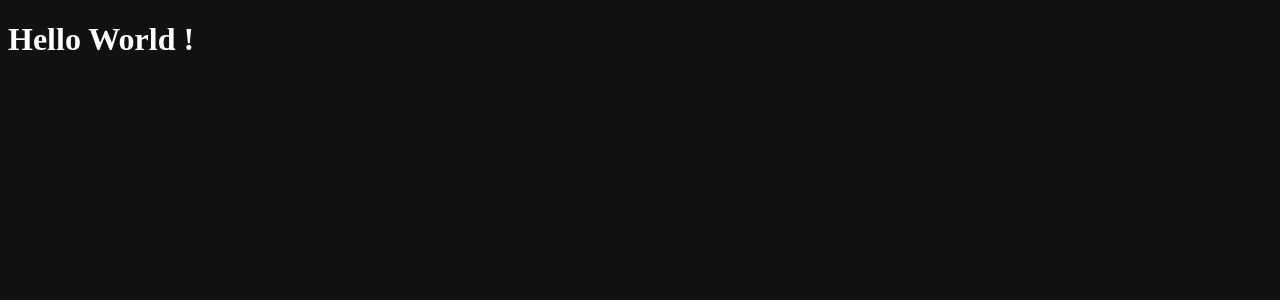
Repository: lolo298/lolo298.github.io
Page: index.html
An editor plug-in stored every save of this project. The page is shown before and after the next save, followed by the edit.
The browser window is 1280 px wide. The pictures show the whole page.

Above is the page before, as saved 2022-05-09 16:24:07.

### index.html
<!DOCTYPE html>
<html lang="en">

<head>
    <meta charset="UTF-8">
    <meta http-equiv="X-UA-Compatible" content="IE=edge">
    <meta name="viewport" content="width=device-width, initial-scale=1.0">
    <link rel="stylesheet" href="css/style.css">
    <title>Portfolio</title>
</head>

<body>
    <div class="main-container">
        <nav class="main-navbar">

        </nav>
        <h1>Hello World !</h1>

    </div>

</body>

</html>

### css/style.css
html {
    background-color: #111111;
    color: white;
}

.main-navbar {
    background-color: #373737;
}

After the next save:
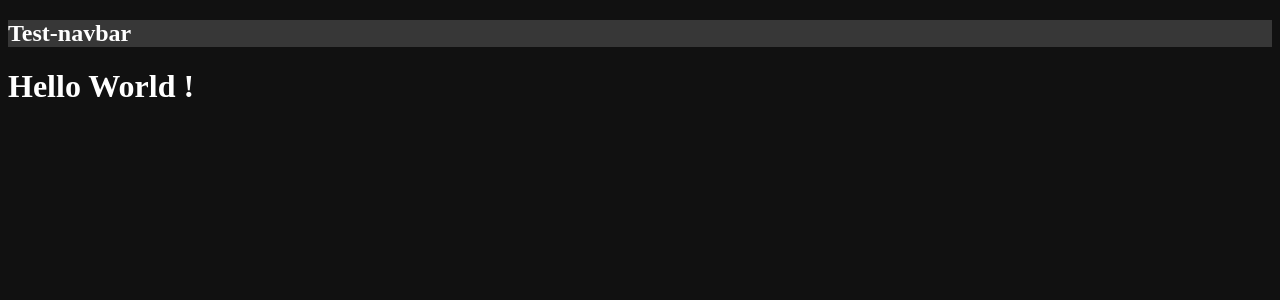
Saved 26 s later.
--- a/index.html
+++ b/index.html
@@ -12,7 +12,7 @@
 <body>
     <div class="main-container">
         <nav class="main-navbar">
-
+            <h2>Test-navbar</h2>
         </nav>
         <h1>Hello World !</h1>
 
